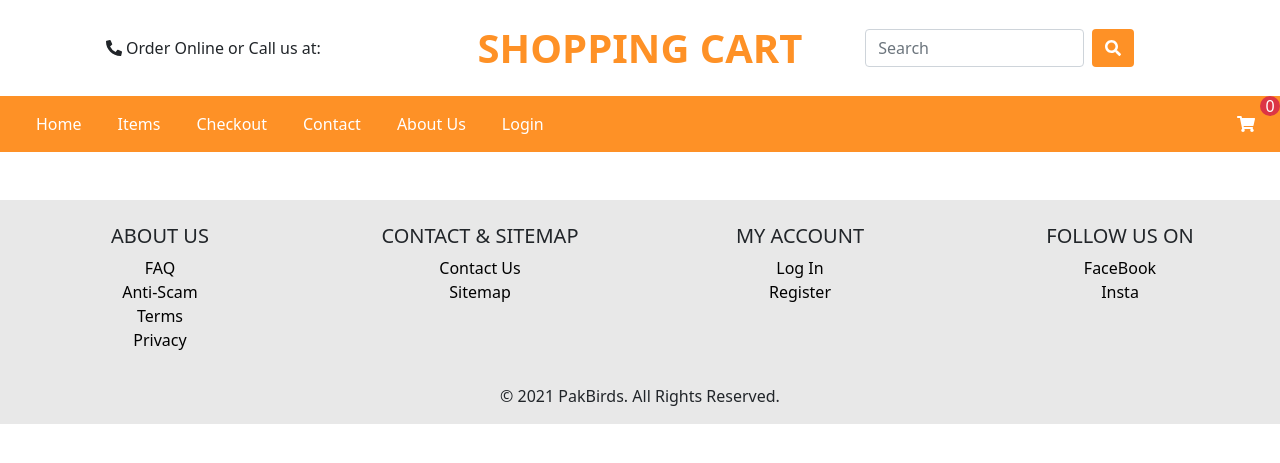
Repository: SaudCh/React-Ecommerce
Page: /checkout
An editor plug-in stored every save of this project. The page is shown before and after the next save, followed by the edit.
The browser window is 1280 px wide. The pictures show the whole page.
The project was rebuilt for these pictures with package versions that can differ from the ones it lists, and the page was loaded fresh each time. Also part of the build but not shown: src/App.css, src/Home/Carousel.jsx, src/data/items.js, src/data/discounted.js, src/Home/Card.jsx, src/Home/home.jsx, src/Login/Login.jsx, src/Register/register.jsx and 3 more.

Above is the page before, as saved 2021-12-22 14:58:02.

After the next save:
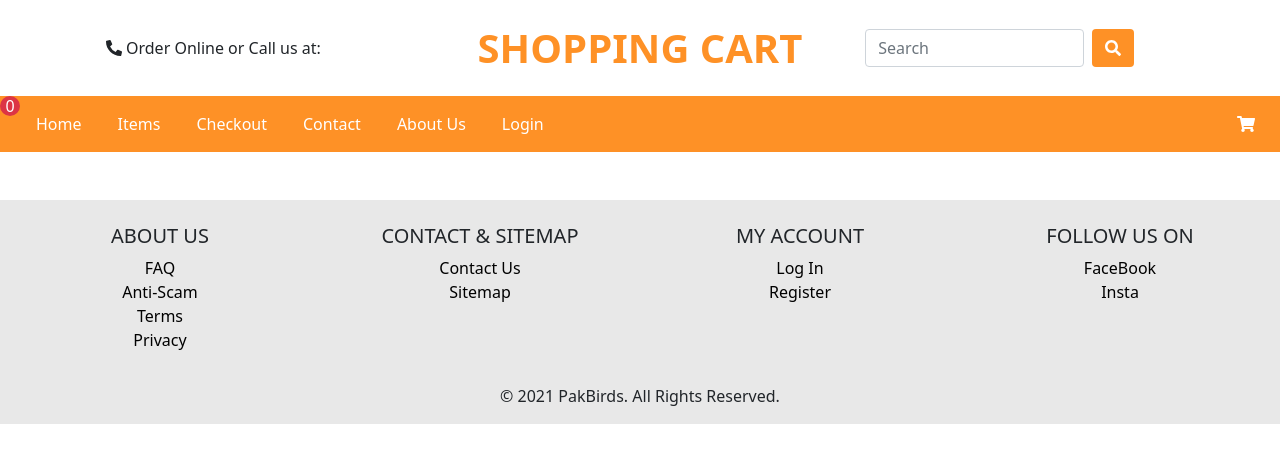
Saved 7 s later.
--- a/src/Header/Header.jsx
+++ b/src/Header/Header.jsx
@@ -122,7 +122,7 @@
                   borderRadius: "50%",
                   position: "absolute",
                   top: 0,
-                  right: 0,
+                  left: 0,
                   height: 20,
                   width: 20,
                   display: "flex",

After the save that followed:
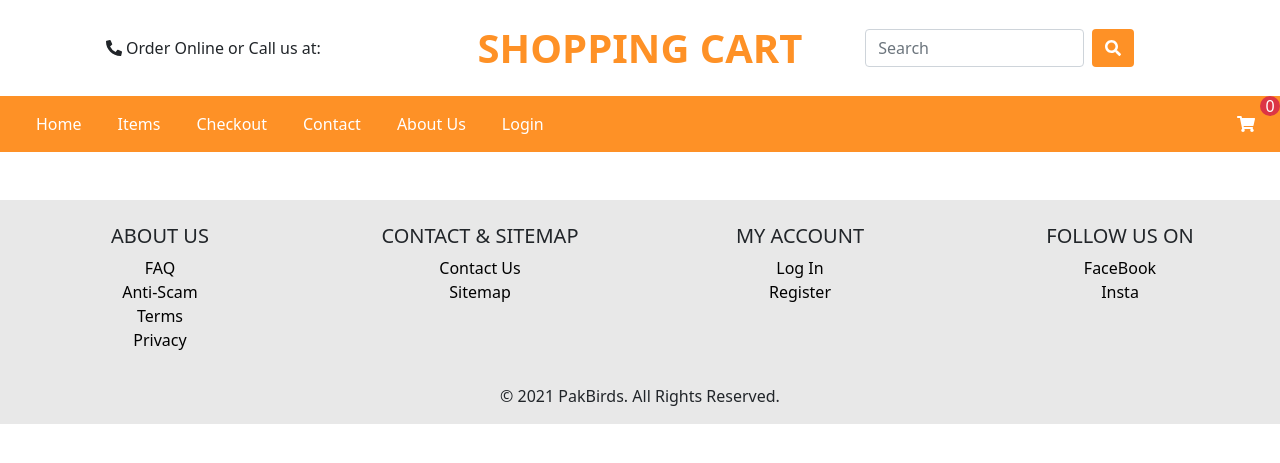
Saved 5 s later.
--- a/src/Header/Header.jsx
+++ b/src/Header/Header.jsx
@@ -122,7 +122,7 @@
                   borderRadius: "50%",
                   position: "absolute",
                   top: 0,
-                  left: 0,
+                  right: 0,
                   height: 20,
                   width: 20,
                   display: "flex",
